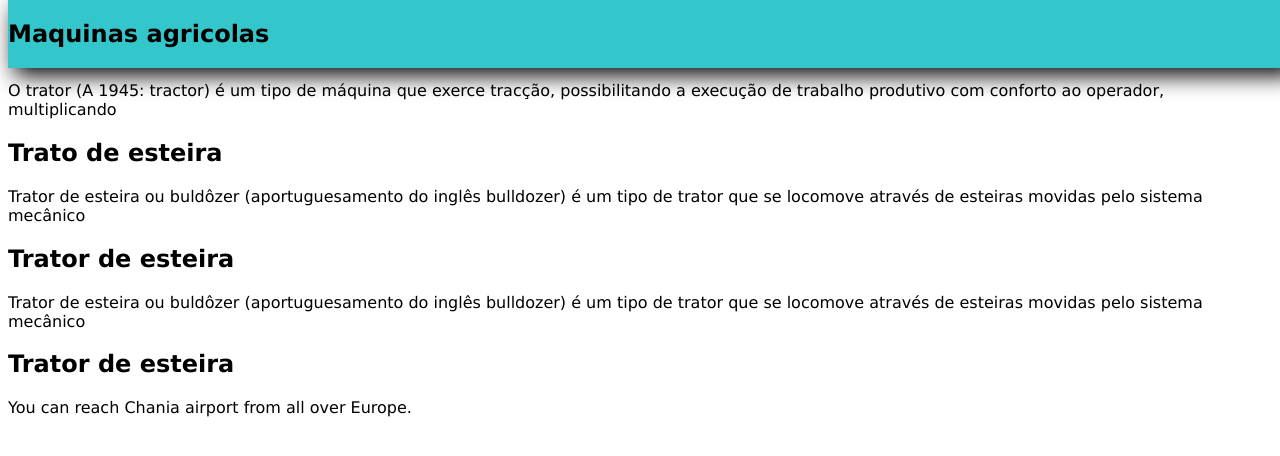
Repository: ecrseer/pesquisa-carros-html
Page: news.html
An editor plug-in stored every save of this project. The page is shown before and after a run of saves, followed by the edit.
The browser window is 1280 px wide. The pictures show the whole page.

Above is the page before, as saved 2022-01-21 16:23:10.

After the next 2 saves:
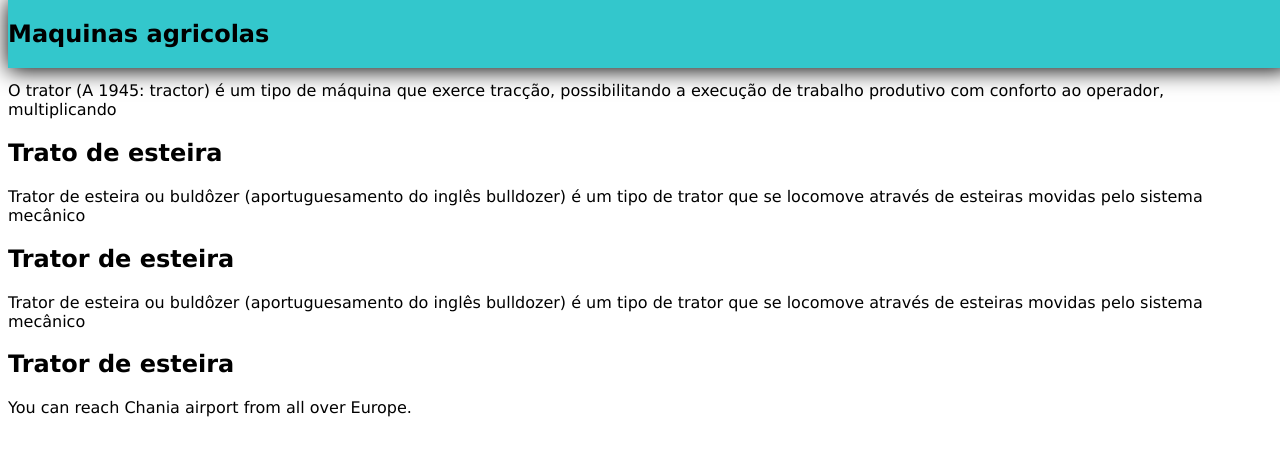
The 2 saves are shown as one change because they came seconds apart.
The last was saved 7 s later.
--- a/news.css
+++ b/news.css
@@ -12,5 +12,5 @@
     top:0;
     width: 100%;
     max-height: 21vh;
-    box-shadow: 1vh 1vh 3vh 1px;
+    box-shadow: 1px 1px 3vh 1px;
   }
